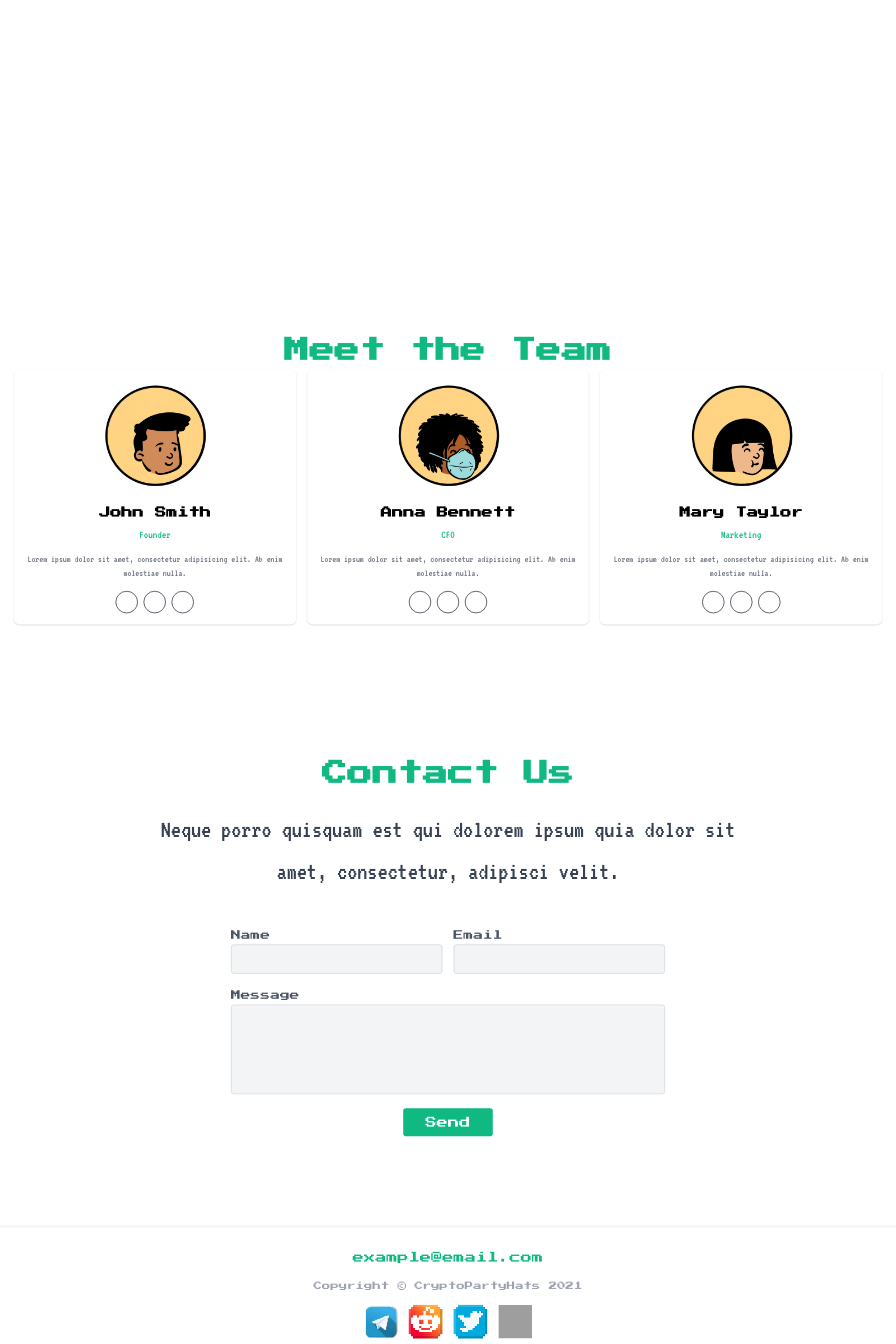
Repository: rhinorphan/phat-landing-page
Page: /
These files come from the project's save history. The page is drawn as it stood at one moment and after the next save; the edit follows.
The browser window is 1280 px wide. The pictures show the part of the page from y = 2293 to 4213 px (the page is 4213 px tall before and 4174 px after), at 70% of full size.
Pictures or frames that could not be fetched are drawn as grey boxes. The project was rebuilt for these pictures with package versions that can differ from the ones it lists, and the page was loaded fresh each time. Also part of the build but not shown: craco.config.js.

Above is the page before, as saved 2021-11-17 23:12:50.

After the next save:
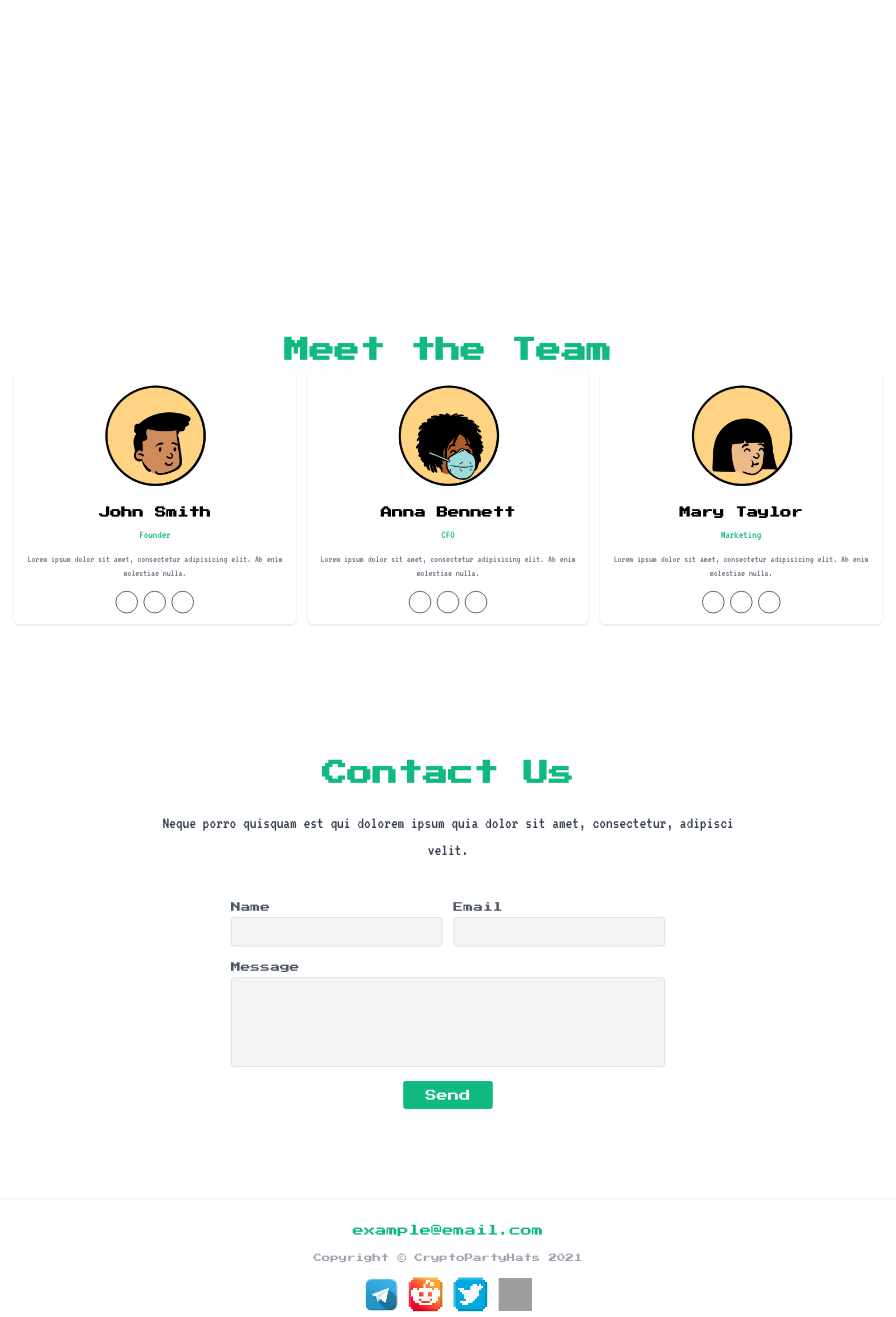
Saved 4 s later.
--- a/src/components/Contact.js
+++ b/src/components/Contact.js
@@ -11,7 +11,7 @@ function Contact() {
             <h1 className="flex text-4xl  font-bold mb-8 text-green-500 justify-center">
               Contact Us
             </h1>
-            <p className="lg:w-2/3 mx-auto leading-relaxed text-base normalText text-4xl">
+            <p className="lg:w-2/3 mx-auto leading-relaxed text-base normalText text-2xl">
             Neque porro quisquam est qui dolorem ipsum quia dolor sit amet, consectetur, adipisci velit.
             </p>
           </div>
